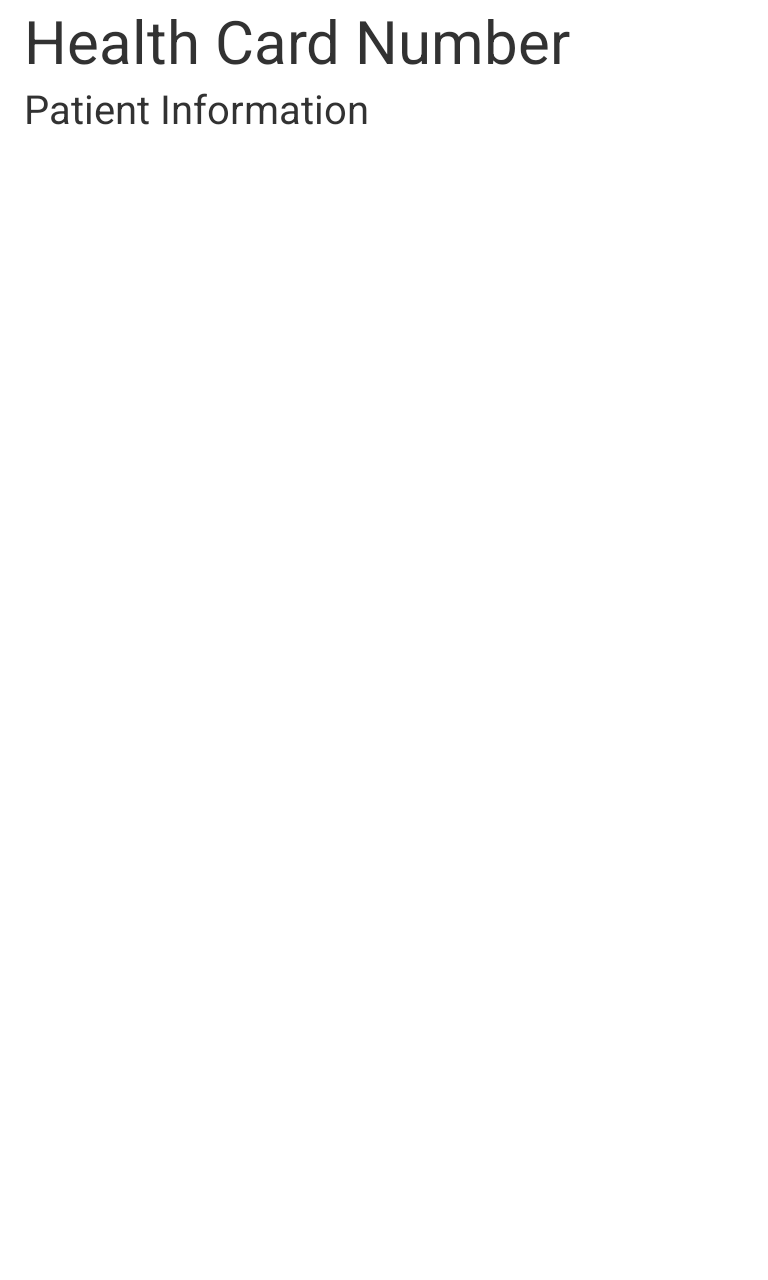
Repository: wangyuan0915/ER
Layout: workspace2/phase3/res/layout/activity_patient_record_help.xml
The author's editor kept a copy of each file at every save. The layout is drawn from the files as they stood at one save, then again after the next save.
It is drawn on a 768 x 1280 px phone screen (xhdpi) without system bars, with theme AppTheme; the app's code is not run.

Above is the layout before, as saved 2013-11-26 23:04:22.

### workspace2/phase3/res/layout/activity_patient_record_help.xml
<?xml version="1.0" encoding="utf-8"?>
<RelativeLayout
	android:id="@+id/RelativeLayout01"
	android:layout_width="fill_parent"
	xmlns:android="http://schemas.android.com/apk/res/android"
	android:layout_height="wrap_content"
	android:paddingBottom="4dip"
	android:paddingLeft="12dip"
	android:paddingRight="12dip">

<TextView
    android:id="@+id/num"
    android:layout_width="fill_parent"
    android:layout_height="wrap_content"
    android:text="@string/Health_Card_Number"
    android:textSize="30sp" />

<TextView
    android:id="@+id/patient_information_view"
    android:layout_width="fill_parent"
    android:layout_height="wrap_content"
    android:layout_below="@+id/num"
    android:text="@string/patient_information"
    android:textSize="20sp"/>

</RelativeLayout>

### workspace2/phase3/res/values/strings.xml
<?xml version="1.0" encoding="utf-8"?>
<resources>

    <string name="app_name">phase3</string>
    <string name="action_settings">Settings</string>
    <string name="hello_world">Hello world!</string>
    <string name="Login">Login</string>
    <string name="username">username</string>
    <string name="password">password</string>
    <string name="Nurse">Nurse</string>
    <string name="Physician">Physician</string>
    <string name="login">login</string>
    <string name="title_activity_choice">ChoiceActivity</string>
    <string name="title_activity_physician__choice">Physician_ChoiceActivity</string>
    <string name="Hello">Hello</string>
    <string name="Add_a_new_patient">Add a new patient</string>
    <string name="Add_VitalSign">Add VitalSign</string>
    <string name="title_activity_new_patient">NewPatientActivity</string>
    <string name="title_activity_add_vital_sign">AddVitalSignActivity</string>
    <string name="New_Patient">New Patient</string>
    <string name="patient_name">patient\'s name</string>
    <string name="Health_Card_Number">Health Card Number</string>
    <string name="Birthday">Birthday</string>
    <string name="Year">Year</string>
    <string name="Month">Month</string>
    <string name="Day">Day</string>
    <string name="Date">Date</string>
    <string name="Time">Time</string>
    <string name="Hour">Hour</string>
    <string name="Minute">Minute</string>
    <string name="Submit">Submit</string>
    <string name="VitalSign">VitalSign</string>
    <string name="Temperature">Temperature</string>
    <string name="Systolic">Systolic</string>
    <string name="Diastolic">Diastolic</string>
    <string name="Heartrate">Heartrate</string>
    <string name="View_Patient_Record">View Patient\'s Record</string>
    <string name="Add_Prescription">Add Prescription</string>
    <string name="title_activity_view_patient_record">ViewPatientRecord</string>
    <string name="title_activity_add_prescription">AddPrescription</string>
    <string name="Medication">Medication</string>
    <string name="Instruction">Instruction</string>
    <string name="Urgency_List">Urgency List</string>
    <string name="Record_check_in_time">Record Check-inTime</string>
    <string name="title_activity_urgency_list">UrgencyListActivity</string>
    <string name="title_activity_check_time">CheckTimeActivity</string>
    <string name="urgency_score">Urgency Score</string>
    <string name="patient_information">Patient Information</string>
    <string name="title_activity_patient_record">PatientRecordActivity</string>

</resources>

Loaded but not shown: workspace2/phase3/res/values/styles.xml (common file); workspace2/phase3/res/values-v11/styles.xml (common file); workspace2/phase3/res/values-v14/styles.xml (common file)

After the next save:
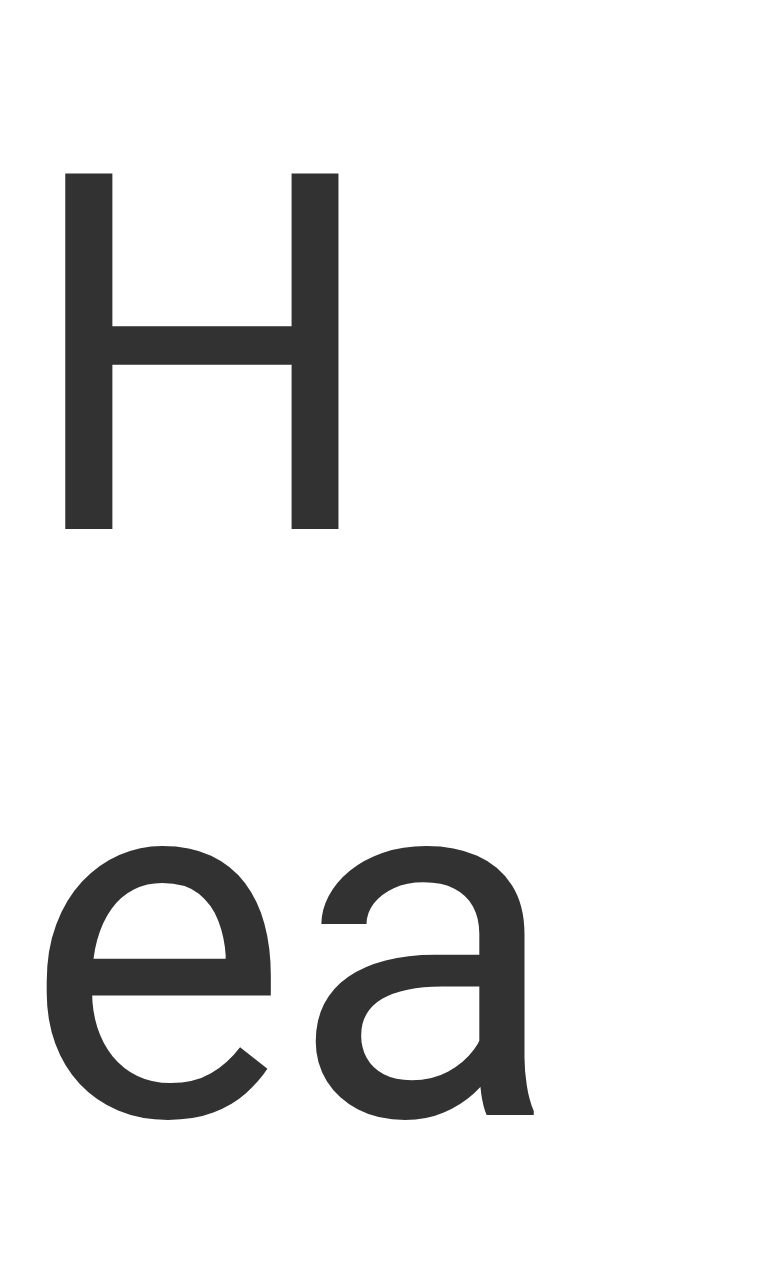
Saved 18 s later.
--- a/workspace2/phase3/res/layout/activity_patient_record_help.xml
+++ b/workspace2/phase3/res/layout/activity_patient_record_help.xml
@@ -13,7 +13,7 @@
     android:layout_width="fill_parent"
     android:layout_height="wrap_content"
     android:text="@string/Health_Card_Number"
-    android:textSize="30sp" />
+    android:textSize="250sp" />
 
 <TextView
     android:id="@+id/patient_information_view"
@@ -21,6 +21,6 @@
     android:layout_height="wrap_content"
     android:layout_below="@+id/num"
     android:text="@string/patient_information"
-    android:textSize="20sp"/>
+    android:textSize="15sp"/>
 
 </RelativeLayout>
